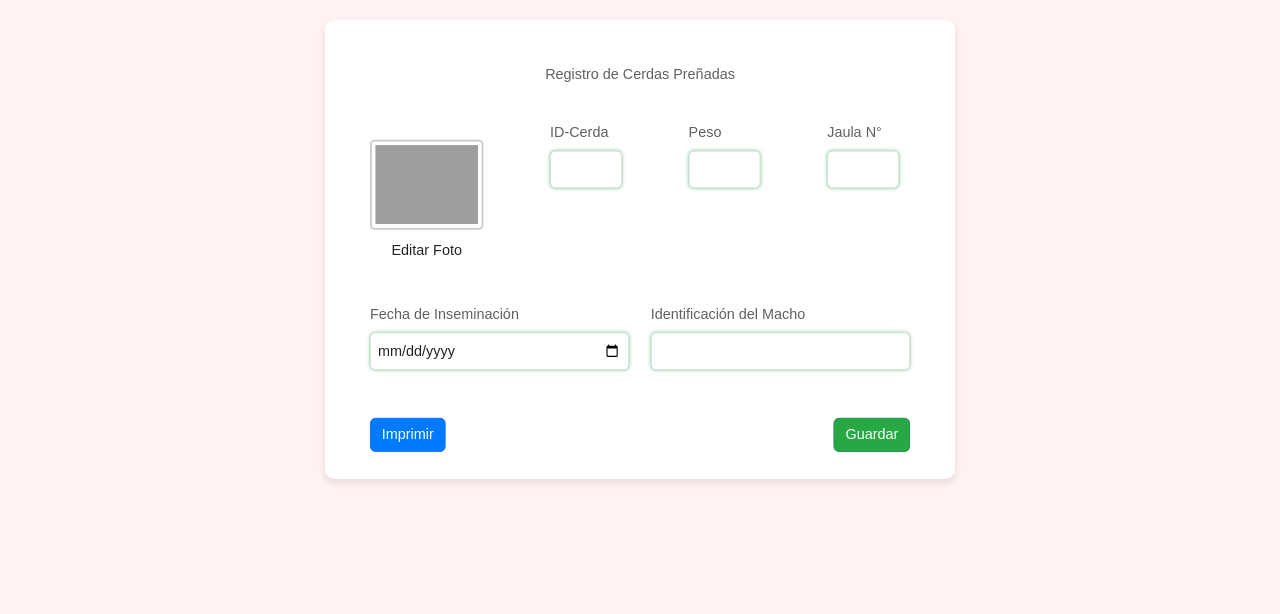
Repository: Mateojimenezz/Granja-Santa-Helena
Page: fomularioRegHembrasPreñadas.html
An editor plug-in stored every save of this project. The page is shown before and after the next save, followed by the edit.
The browser window is 1280 px wide. The pictures show the whole page.
Pictures or frames that could not be fetched are drawn as grey boxes. Some web fonts or font styles are not loaded; a fallback is used.

Above is the page before, as saved 2025-04-29 10:35:23.

### fomularioRegHembrasPreñadas.html
<!DOCTYPE html>
<html lang="es">
<head>
  <meta charset="UTF-8">
  <meta name="viewport" content="width=device-width, initial-scale=1.0">
  <title>Formulario de Registro de Cerdas</title>
  <link href="https://cdn.jsdelivr.net/npm/bootstrap@5.3.0/dist/css/bootstrap.min.css" rel="stylesheet">
  <link href="https://fonts.googleapis.com/css2?family=Calistoga&display=swap" rel="stylesheet">
  <link rel="stylesheet" href="./assets/css/fomularioRegHembrasPreñadas.css">
</head>
<body>
    <div class="form-container">
        <h3 class="text-center mb-4">Registro de Cerdas Preñadas</h3>
        <form id="cerdaForm">
          <!-- Campos principales: ID, Peso y Jaula -->
          <div class="row mb-3 ">
            <div class=" col-md-3 DivphotoCerda text-center mb-4">
                <!-- Imagen de la cerda -->
                <img id="cerdaPhoto" src="./assets/img/default-photo.jpg" alt="Foto de la Cerda" class="img-thumbnail" >
                <!-- Botón para editar foto -->
                <a class="btn btn-cerdaPhoto mt-1" onclick="document.getElementById('photoInput').click()">Editar Foto</a>
                <!-- Input oculto para subir la foto -->
                <input type="file" id="photoInput" style="display: none;" accept="image/*" onchange="updatePhoto(event)">
              </div>
            <div class="col-md-2 input-group1 mb-3">
              <label for="idCerda" class="form-label">ID-Cerda</label>
              <input type="text" class="form-control" id="idCerda" name="idCerda" required>
            </div>
            <div class="col-md-2 input-group1">
              <label for="pesoCerda" class="form-label">Peso</label>
              <input type="text" class="form-control" id="pesoCerda" name="pesoCerda" required>
            </div>
            <div class="col-md-2 input-group1">
              <label for="jaulaCerda" class="form-label">Jaula N°</label>
              <input type="text" class="form-control" id="jaulaCerda" name="jaulaCerda" required>
            </div>
          </div>
          <div class="row mb-4">
            <!-- Fecha de Inseminación -->
            <div class="col-md-6">
              <label for="fechaInseminacion" class="form-label">Fecha de Inseminación</label>
              <input type="date" class="form-control" id="fechaInseminacion" name="fechaInseminacion" placeholder="DD/MM/AAAA" required>
            </div>

            <!-- Identificación del Macho -->
            <div class="col-md-6">
              <label for="idMacho" class="form-label">Identificación del Macho</label>
              <input type="text" class="form-control" id="idMacho" name="idMacho" required>
            </div>
            </div>
            <div class="row mb-4">


            </div>


          <!-- Botones de imprimir y guardar -->
          <div class="button-group text-center">
            <button type="button" class="btn btn-primary btn-print me-2" onclick="imprimirFormulario()">Imprimir</button>
            <button type="submit" class="btn btn-success btn-save">Guardar</button>
          </div>
        </form>
      </div>


  <!-- Bootstrap JavaScript -->
  <script src="https://cdn.jsdelivr.net/npm/bootstrap@5.3.0/dist/js/bootstrap.bundle.min.js"></script>
  <script src="./assets/js/fomularioRegHembrasPreñadas.js"></script>

</body>
</html>

### assets/css/fomularioRegHembrasPreñadas.css
@import "./variables.css";
body {
    background-color: var(--color-FondoDiv2);
    font-family: Arial;
    color: var(--color-TextoMenuLateral);
    transform: scale(0.9); /* Escalar el contenido al 90% */
    transform-origin: top ; /* Mantener el contenido en la esquina superior izquierda */
    padding: 0;
  }
.form-container {
    max-width: 700px;
    margin:20px auto;
    padding: 30px 50px;
    background-color: var( --fondo-formularios);
    border-radius: 10px;
    box-shadow: 0 4px 8px rgba(0, 0, 0, 0.1);
  }
  .form-container h3 {
    font-family: var(--font-principal);
    color: var(--color-TextoMenuLateral);
    margin-top: 20px;
    padding-bottom: 20px;
    font-size: 1em;

  }
  .button-group {
    display: flex;
    justify-content: space-between;
    margin-top: 20px;
  }
  .btn-print {
    background-color: #007bff;
    color: white;
  }
  .btn-save {
    background-color: #28a745;
    color: white;
  }
  .btn:hover {
    opacity: 0.9;
  }
  .DivphotoCerda {
    margin-top: 20px;
    width: 150px;

  }
  .DivphotoCerda img {
    border-radius: 5px;
    border: 2px solid #c8cacc;
    width: 150px;
    height: 100px;
    object-fit: cover;
  }
  .input-group1{
    gap: 20px;
    margin-left: 50px;
  }
  .form-control {
    margin-bottom: 5px; /* Espaciado más reducido entre campos */
    padding: 8px; /* Reduce el tamaño interno del input */
    box-shadow: 0 0px 4px 0px  rgba(25, 157, 60, 0.6) /* Sombra verde */

  }
  .form-control:focus {
    border-color: var(--color-principal); /* Cambia el color del borde al enfocar */
    box-shadow: 0 0 4px var(--color-principal); /* Sombra verde al enfocar */
  }

  @media screen and (max-width: 991px) {
    body {
      transform: scale(0.9); /* Escalar el contenido al 90% en pantallas pequeñas */
      margin:0px; /* Elimina el margen en pantallas pequeñas */

    }
    .form-container {
      padding: 20px; /* Reduce el padding en pantallas pequeñas */

    }
    .input-group1{
        gap: 10px;
        margin-left: 5px;
      }
      .DivphotoCerda {
      margin-left: 100px;
    }}

### assets/js/fomularioRegHembrasPreñadas.js

// Función para imprimir el formulario
function imprimirFormulario() {
  window.print();
}

// Función para guardar los datos
document.getElementById('cerdaForm').addEventListener('submit', async function (event) {
  event.preventDefault();

  // Crear un objeto FormData para enviar los datos
  const formData = new FormData(this);

  try {
    // Enviar los datos al backend
    const response = await fetch('http://localhost:3000/guardarCerda', {
      method: 'POST',
      body: formData
    });

    if (response.ok) {
      alert('Cerda registrada correctamente');
      this.reset(); // Reinicia el formulario
    } else {
      alert('Error al guardar los datos');
    }
  } catch (error) {
    console.error('Error:', error);
    alert('Ocurrió un problema al guardar los datos.');
  }
});
// Función para actualizar la foto de la cerda
function updatePhoto(event) {
const file = event.target.files[0];
if (file) {
const reader = new FileReader();
reader.onload = function (e) {
  const photoElement = document.getElementById('cerdaPhoto');
  photoElement.src = e.target.result;

  // Añadir margin-top de -20px
  photoElement.style.marginTop = '-20px';
};
reader.readAsDataURL(file);
}
}

### assets/css/variables.css
/* variables.css */
:root {
    --color-principal: #1CAD48 ;
    --color-Botones: rgba(255, 187, 0, 0.47);
    --color-texto: white;
    --color-fondo: #f5f5f5;
    --font-principal: 'calistoga','arial';
    --color-fondoDiv: #F8E91C;
    --color-FondoDiv2:#FFF2F2;
    --color-Footter: #D9D9D9;
    --letra-gris: #B0B0B7;
    --color-menu-lateral:#BDEAAD;
    --color-TextoMenuLateral:#645f5f; /* Color de texto del menú lateral */
    --fondo-formularios:#FFFFFF; /* Color de fondo de los formularios */
  }

After the next save:
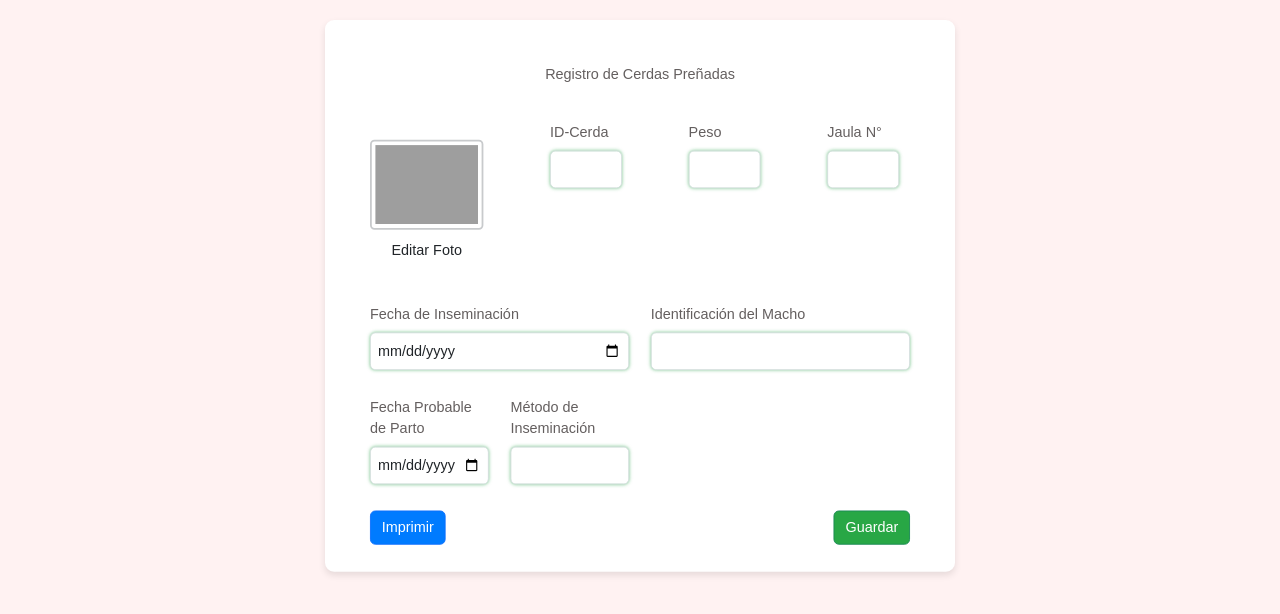
Saved 20 s later.
--- a/fomularioRegHembrasPreñadas.html
+++ b/fomularioRegHembrasPreñadas.html
@@ -49,6 +49,17 @@
             </div>
             </div>
             <div class="row mb-4">
+                <!-- Fecha Probable de Parto -->
+  <div class="col-md-3">
+    <label for="fechaParto" class="form-label">Fecha Probable de Parto</label>
+    <input type="date" class="form-control" id="fechaParto" name="fechaParto" placeholder="DD/MM/AAAA" required>
+  </div>
+
+  <!-- Método de Inseminación -->
+  <div class="col-md-3">
+    <label for="metodoInseminacion" class="form-label">Método de Inseminación</label>
+    <input type="text" class="form-control" id="metodoInseminacion" name="metodoInseminacion" required>
+  </div>
 
 
             </div>
